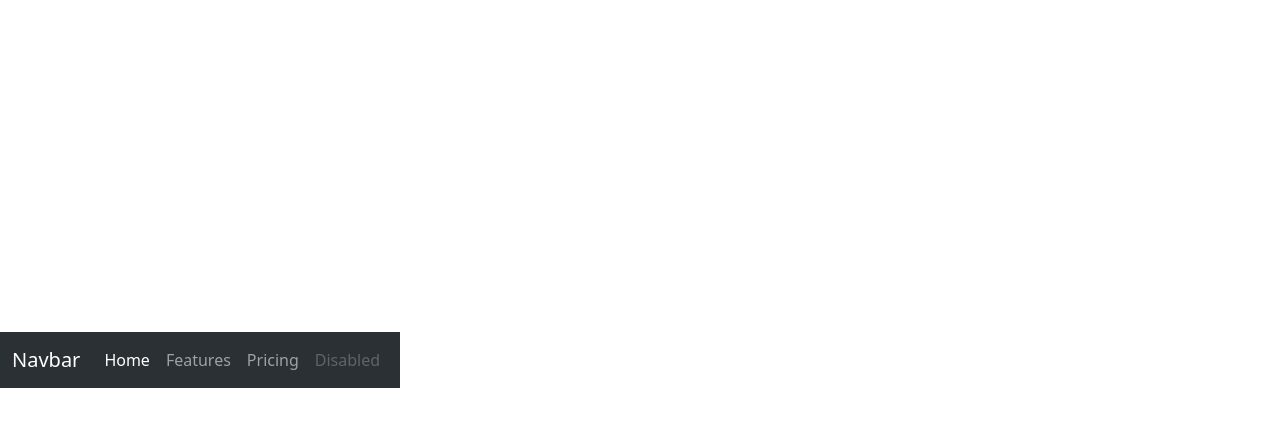
Repository: Abhilash2909/NewsWeb
Page: /
These files come from the project's save history. The page is drawn as it stood at one moment and after the next save; the edit follows.
The browser window is 1280 px wide. The pictures show the whole page.
The project was rebuilt for these pictures with package versions that can differ from the ones it lists, and the page was loaded fresh each time. Also part of the build but not shown: vite.config.js.

Above is the page before, as saved 2024-05-21 19:52:52.

After the next save:
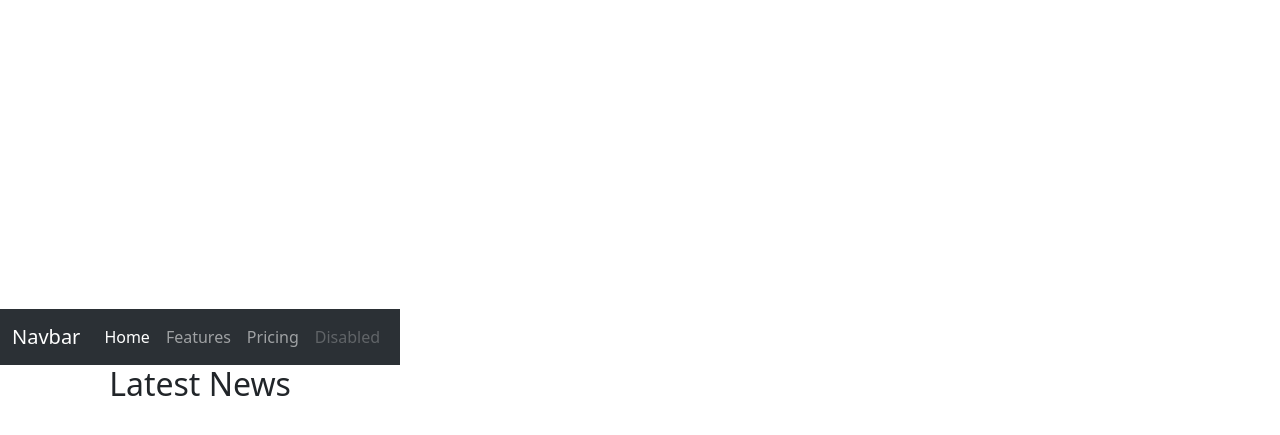
Saved 17 s later.
--- a/src/App.jsx
+++ b/src/App.jsx
@@ -1,10 +1,11 @@
 import Navbar from "./Components/Navbar"
+import NewsBoard from "./Components/NewsBoard"
 
 const App = () => {
   return (
     <div>
       <Navbar/>
-
+      <NewsBoard/>
     </div>
   )
 }
